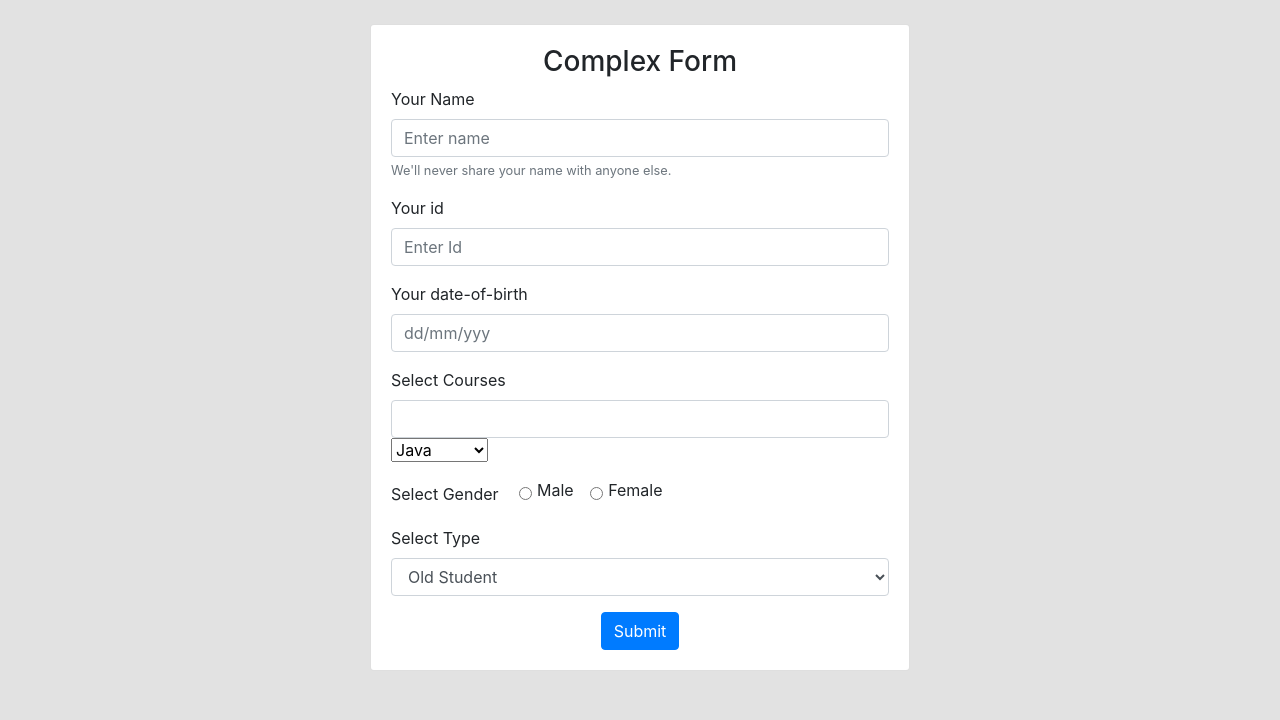
Repository: agupta003/3-18-2024
Page: http://localhost/spring-mvc-orm-db-Fileupload-multipart-resolver/WEB-INF/views/jsp/complex_form.jsp
An editor plug-in stored every save of this project. The page is shown before and after the next save, followed by the edit.
The browser window is 1280 px wide. The pictures show the whole page.
Some web libraries are served in a nearby version. The page is served by Tomcat 10. Nobody is signed in. Other server files are loaded and not shown. The template is opened directly, without the code that normally fills it, so the values that code supplies are empty.

Above is the page before, as saved 2024-03-28 03:43:55.

### spring-mvc-orm-db-Fileupload-multipart-resolver/src/main/webapp/WEB-INF/views/jsp/complex_form.jsp
<!doctype html>
<html lang="en">
<head>
<!-- Required meta tags -->
<meta charset="utf-8">
<meta name="viewport"
	content="width=device-width, initial-scale=1, shrink-to-fit=no">

<!-- Bootstrap CSS -->
<link rel="stylesheet"
	href="https://cdn.jsdelivr.net/npm/bootstrap@4.0.0/dist/css/bootstrap.min.css"
	integrity="sha384-Gn5384xqQ1aoWXA+058RXPxPg6fy4IWvTNh0E263XmFcJlSAwiGgFAW/dAiS6JXm"
	crossorigin="anonymous">

<title>Hello, world!</title>
</head>
<body class="" style="background: #e2e2e2;">
	<div class="container mt-4">
		<div class="row">
			<div class="col-md-6 offset-md-3">
				<div class="card">
					<div class="card-body">
						<h3 class="text-center">Complex Form</h3>
						<form action="handle">
							<div class="form-group">
								<label for="exampleInputEmail1">Your Name</label> <input
									name="name" ytpe="text" class="form-control"
									id="exampleInputEmail1" aria-describedby="emailHelp"
									placeholder="Enter name"> <small id="emailHelp"
									class="form-text text-muted">We'll never share your
									name with anyone else.</small>
							</div>
							<div class="form-group">
								<label for="exampleInputEmail1">Your id</label>
									<input name="id" type="text" class="form-control" id="exampleInputEmail1"
										aria-describedby="emailHelp" placeholder="Enter Id">
							</div>
							<div class="form-group">
								<label for="exampleInputEmail1">Your date-of-birth</label>
								<input name="dob" type="text" class="form-control"id="exampleInputEmail1"
								placeholder="dd/mm/yyy" aria-describedby="emailHelp">
							</div>
							<div class="form-group">
								<label for="exampleFromControlSelect1">Select Courses</label>
								<input name="courses" type="text" class="form-control"  id="exampleFromControlSelect1" multiple>
								<select>
									<option>Java</option>
									<option>Python</option>
									<option>Spring</option>
									<option>Hibernate</option>
									<option>JPA</option>
								</select>
							</div>
							<div class="form-group">
								<span class="mr-3">Select Gender</span>
								<div class="form-check form-check-inline">
									<input class="form-check-input" type="radio" name="gender" id="inlineRadio1" value="male">
										<label class="form-check-lable" for="inlineRadio1">Male</label>
								</div>
								<div class="form-check- form-check-inline">
									<input class="form-check-input" type="radio" name="gender" id="inlineRadio2" value="female">
										<label class="form-check-lable" for="inlineRadio2">Female</label>
								</div>
							</div>
							<div class="form-group">
								<label for="">Select Type</label>
								<select class="form-control" name="type">
									<option value="oldstudent">Old Student</option>
									<option value="normalstudent">Normal Student</option>
								</select>
							</div>
							<div class="container- text-center">
							<button type="submit" class="btn btn-primary">Submit</button>
							</div>
					</form>
				</div>
			</div>
		</div>
	</div>
	</div>


	<!-- Optional JavaScript -->
	<!-- jQuery first, then Popper.js, then Bootstrap JS -->
	<script src="https://code.jquery.com/jquery-3.2.1.slim.min.js"
		integrity="sha384-KJ3o2DKtIkvYIK3UENzmM7KCkRr/rE9/Qpg6aAZGJwFDMVNA/GpGFF93hXpG5KkN"
		crossorigin="anonymous"></script>
	<script
		src="https://cdn.jsdelivr.net/npm/popper.js@1.12.9/dist/umd/popper.min.js"
		integrity="sha384-ApNbgh9B+Y1QKtv3Rn7W3mgPxhU9K/ScQsAP7hUibX39j7fakFPskvXusvfa0b4Q"
		crossorigin="anonymous"></script>
	<script
		src="https://cdn.jsdelivr.net/npm/bootstrap@4.0.0/dist/js/bootstrap.min.js"
		integrity="sha384-JZR6Spejh4U02d8jOt6vLEHfe/JQGiRRSQQxSfFWpi1MquVdAyjUar5+76PVCmYl"
		crossorigin="anonymous"></script>
</body>
</html>

After the next save:
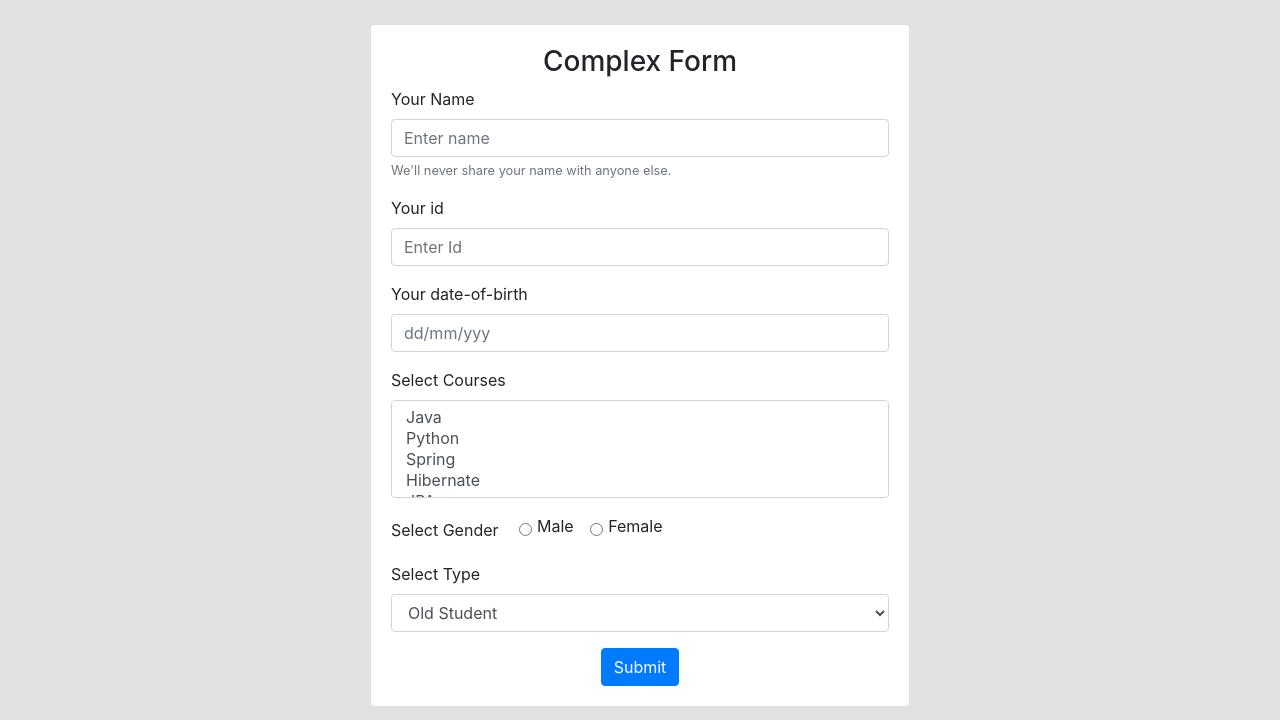
Saved 75 s later.
--- a/spring-mvc-orm-db-Fileupload-multipart-resolver/src/main/webapp/WEB-INF/views/jsp/complex_form.jsp
+++ b/spring-mvc-orm-db-Fileupload-multipart-resolver/src/main/webapp/WEB-INF/views/jsp/complex_form.jsp
@@ -42,8 +42,7 @@
 							</div>
 							<div class="form-group">
 								<label for="exampleFromControlSelect1">Select Courses</label>
-								<input name="courses" type="text" class="form-control"  id="exampleFromControlSelect1" multiple>
-								<select>
+								<select name="courses" type="text" class="form-control"  id="exampleFromControlSelect1" multiple>
 									<option>Java</option>
 									<option>Python</option>
 									<option>Spring</option>
